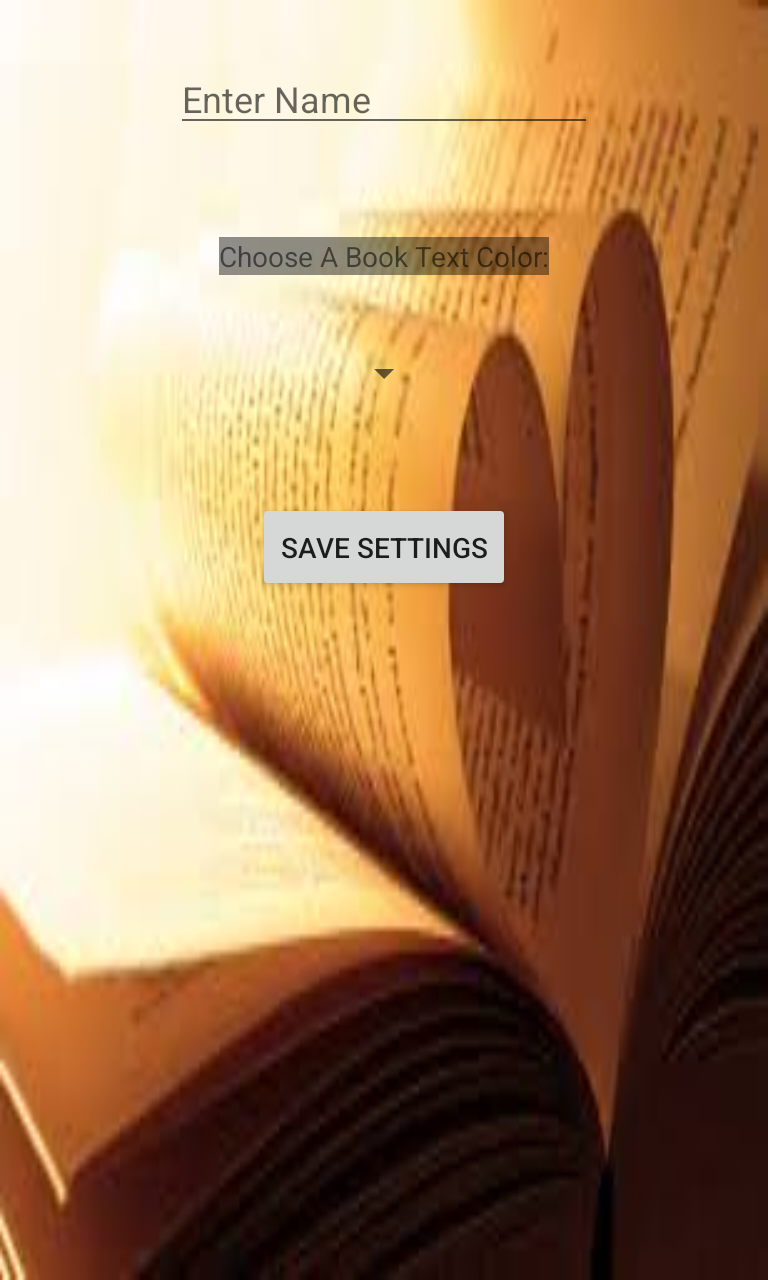
Repository: arianaantonio/MDF3_Antonio
Layout: Readable/res/layout/activity_main.xml
The author's editor kept a copy of each file at every save. The layout is drawn from the files as they stood at one save, then again after the next save.
It is drawn on a 768 x 1280 px phone screen (xhdpi) without system bars, with theme AppTheme; the app's code is not run. The app's manifest (not shown) leaves right-to-left support off. So textAlignment, textDirection and layoutDirection are ignored, and left and right values win over start and end ones.

Above is the layout before, as saved 2014-08-21 03:17:57.

After the next save:
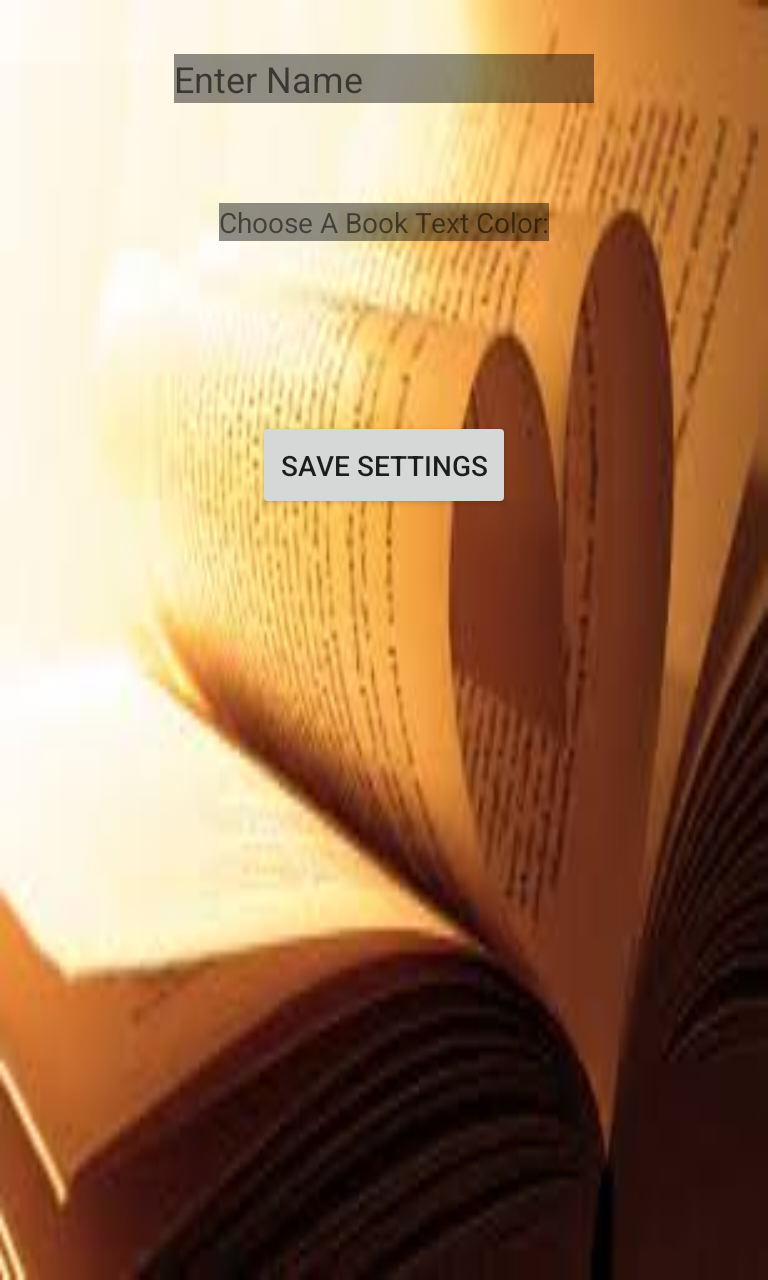
Saved 27 s later.
--- a/Readable/res/layout/activity_main.xml
+++ b/Readable/res/layout/activity_main.xml
@@ -22,6 +22,7 @@
         android:layout_centerHorizontal="true"
         android:layout_marginTop="27dp"
         android:ems="10"
+        android:background="@color/transparentBlack"
         android:hint="@string/name" />
 
     <TextView
@@ -42,6 +43,7 @@
         android:layout_centerHorizontal="true"
         android:layout_marginTop="37dp"
         android:gravity="center"
+        android:background="@color/transparentBlack"
         android:textAlignment="center" />
 
 </RelativeLayout>
